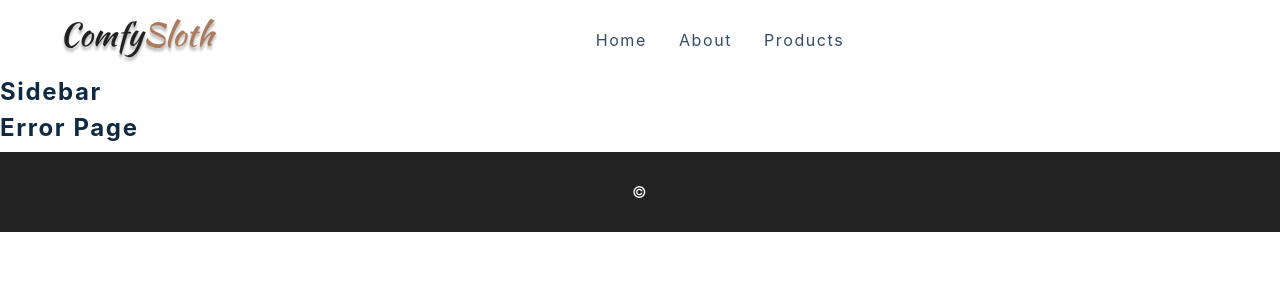
Repository: MateuszWorek/react-comfy-store
Page: /cart
An editor plug-in stored every save of this project. The page is shown before and after the next save, followed by the edit.
The browser window is 1280 px wide. The pictures show the whole page.
The project was rebuilt for these pictures with package versions that can differ from the ones it lists, and the page was loaded fresh each time. A package was used in the major version that the imports need, not the one package.json lists. Also part of the build but not shown: src/actions.js, src/reducers/products_reducer.js, src/utils/constants.js, src/context/products_context.js, src/components/Error.js, src/components/Loading.js, src/utils/helpers.js, src/components/Product.js and 31 more. Imported but missing from the stored project, and not drawn on this page: src/components/AmountButtons.

Above is the page before, as saved 2022-07-11 21:57:51.

### src/App.js
import React from 'react';
import { BrowserRouter as Router, Switch, Route } from 'react-router-dom';
import { Navbar, Sidebar, Footer } from './components';
import {
  Home,
  SingleProduct,
  Cart,
  Checkout,
  Error,
  About,
  Products,
  PrivateRoute,
} from './pages';

function App() {
  return (
    <Router>
      <Navbar />
      <Sidebar />
      <Switch>
        <Route exact path='/'>
          <Home />
        </Route>
        <Route exact path='/about'>
          <About />
        </Route>
        <Route exact path='cart'>
          <Cart />
        </Route>
        <Route exact path='/products'>
          <Products />
        </Route>
        <Route exact path='/products/:id' children={<SingleProduct />} />
        <Route exact path='/checkout'>
          <Checkout />
        </Route>
        <Route exact path='*'>
          <Error />
        </Route>
      </Switch>
      <Footer />
    </Router>
  );
}

export default App;

### src/components/index.js
import FeaturedProducts from './FeaturedProducts'
import Navbar from './Navbar'
import CartButtons from './CartButtons'
import Footer from './Footer'
import Sidebar from './Sidebar'
import Hero from './Hero'
import Services from './Services'
import Contact from './Contact'
import Loading from './Loading'
import Error from './Error'
import ProductImages from './ProductImages'
import AddToCart from './AddToCart'
import Filters from './Filters'
import ProductList from './ProductList'
import Sort from './Sort'
import Stars from './Stars'
import CartContent from './CarContent'
import PageHero from './PageHero'
import StripeCheckout from './StripeCheckout'
export {
  FeaturedProducts,
  Navbar,
  CartButtons,
  Footer,
  Sidebar,
  Hero,
  Services,
  Contact,
  Loading,
  Error,
  ProductImages,
  AddToCart,
  Filters,
  ProductList,
  Sort,
  Stars,
  CartContent,
  PageHero,
  StripeCheckout,
}

### src/pages/index.js
import Home from './HomePage';
import Products from './ProductsPage';
import SingleProduct from './SingleProductPage';
import About from './AboutPage';
import Cart from './CartPage';
import Error from './ErrorPage';
import Checkout from './CheckoutPage';
import PrivateRoute from './PrivateRoute';

export {
  Home,
  Products,
  SingleProduct,
  About,
  Cart,
  Error,
  Checkout,
  PrivateRoute,
};

### src/components/Navbar.js
import React from 'react';
import styled from 'styled-components';
import logo from '../assets/logo.svg';
import { FaBars } from 'react-icons/fa';
import { Link } from 'react-router-dom';
import { links } from '../utils/constants';
import CartButtons from './CartButtons';
import { useProductsContext } from '../context/products_context';
import { useUserContext } from '../context/user_context';

const Nav = () => {
  return (
    <NavContainer>
      <div className='nav-center'>
        <div className='nav-header'>
          <Link to='/'>
            <img src={logo} alt='comfy sloth' />
          </Link>
          <button type='buttton' className='nav-toggle'>
            <FaBars />
          </button>
        </div>
        <ul className='nav-links'>
          {links.map((link) => {
            const { id, text, url } = link;
            return (
              <li key={id}>
                <Link to={url}>{text}</Link>
              </li>
            );
          })}
        </ul>
      </div>
    </NavContainer>
  );
};

const NavContainer = styled.nav`
  height: 5rem;
  display: flex;
  align-items: center;
  justify-content: center;

  .nav-center {
    width: 90vw;
    margin: 0 auto;
    max-width: var(--max-width);
  }
  .nav-header {
    display: flex;
    align-items: center;
    justify-content: space-between;
    img {
      width: 175px;
      margin-left: -15px;
    }
  }
  .nav-toggle {
    background: transparent;
    border: transparent;
    color: var(--clr-primary-5);
    cursor: pointer;
    svg {
      font-size: 2rem;
    }
  }
  .nav-links {
    display: none;
  }
  .cart-btn-wrapper {
    display: none;
  }
  @media (min-width: 992px) {
    .nav-toggle {
      display: none;
    }
    .nav-center {
      display: grid;
      grid-template-columns: auto 1fr auto;
      align-items: center;
    }
    .nav-links {
      display: flex;
      justify-content: center;
      li {
        margin: 0 0.5rem;
      }
      a {
        color: var(--clr-grey-3);
        font-size: 1rem;
        text-transform: capitalize;
        letter-spacing: var(--spacing);
        padding: 0.5rem;
        &:hover {
          border-bottom: 2px solid var(--clr-primary-7);
        }
      }
    }
    .cart-btn-wrapper {
      display: grid;
    }
  }
`;

export default Nav;

### src/components/Footer.js
import React from 'react';
import styled from 'styled-components';
const Footer = () => {
  return (
    <Wrapper>
      <h5>&copy;</h5>
    </Wrapper>
  );
};

const Wrapper = styled.footer`
  height: 5rem;
  display: flex;
  flex-direction: column;
  justify-content: center;
  align-items: center;
  background: var(--clr-black);
  text-align: center;
  span {
    color: var(--clr-primary-5);
  }
  h5 {
    color: var(--clr-white);
    margin: 0.1rem;

    font-weight: 400;
    text-transform: none;
    line-height: 1.25;
  }
  @media (min-width: 776px) {
    flex-direction: row;
  }
`;

export default Footer;

### src/components/Sidebar.js
import React from 'react'
import logo from '../assets/logo.svg'
import { Link } from 'react-router-dom'
import { useProductsContext } from '../context/products_context'
import { FaTimes } from 'react-icons/fa'
import { links } from '../utils/constants'
import styled from 'styled-components'
import CartButtons from './CartButtons'
import { useUserContext } from '../context/user_context'

const Sidebar = () => {
  return <h4>sidebar</h4>
}

const SidebarContainer = styled.div`
  text-align: center;
  .sidebar-header {
    display: flex;
    justify-content: space-between;
    align-items: center;
    padding: 1rem 1.5rem;
  }
  .close-btn {
    font-size: 2rem;
    background: transparent;
    border-color: transparent;
    color: var(--clr-primary-5);
    transition: var(--transition);
    cursor: pointer;
    color: var(--clr-red-dark);
    margin-top: 0.2rem;
  }
  .close-btn:hover {
    color: var(--clr-red-light);
  }
  .logo {
    justify-self: center;
    height: 45px;
  }
  .links {
    margin-bottom: 2rem;
  }
  .links a {
    display: block;
    text-align: left;
    font-size: 1rem;
    text-transform: capitalize;
    padding: 1rem 1.5rem;
    color: var(--clr-grey-3);
    transition: var(--transition);
    letter-spacing: var(--spacing);
  }

  .links a:hover {
    padding: 1rem 1.5rem;
    padding-left: 2rem;
    background: var(--clr-grey-10);
    color: var(--clr-grey-2);
  }

  .sidebar {
    position: fixed;
    top: 0;
    left: 0;
    width: 100%;
    height: 100%;
    background: var(--clr-white);
    transition: var(--transition);
    transform: translate(-100%);
    z-index: -1;
  }
  .show-sidebar {
    transform: translate(0);
    z-index: 999;
  }
  .cart-btn-wrapper {
    margin: 2rem auto;
  }
  @media screen and (min-width: 992px) {
    .sidebar {
      display: none;
    }
  }
`

export default Sidebar

Loaded but not shown: public/index.html (common file); src/index.js (common file); src/index.css (common file); src/pages/ErrorPage.js (common file)

After the next save:
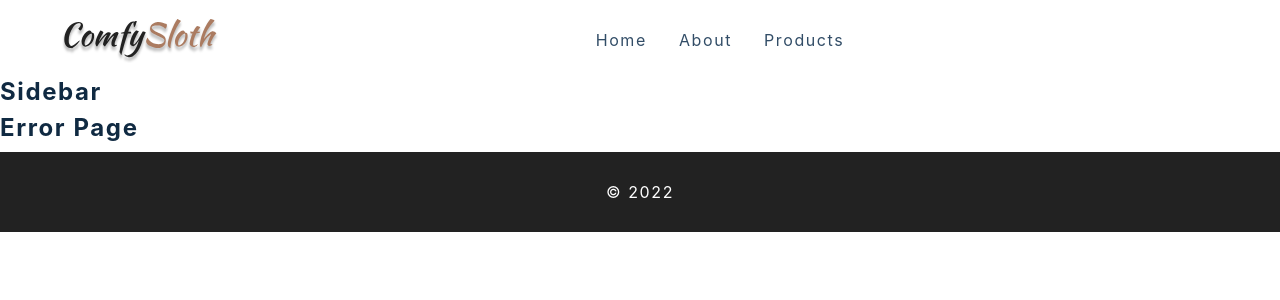
Saved 23 s later.
--- a/src/components/Footer.js
+++ b/src/components/Footer.js
@@ -3,7 +3,7 @@ import styled from 'styled-components';
 const Footer = () => {
   return (
     <Wrapper>
-      <h5>&copy;</h5>
+      <h5>&copy; {new Date().getFullYear()}</h5>
     </Wrapper>
   );
 };
